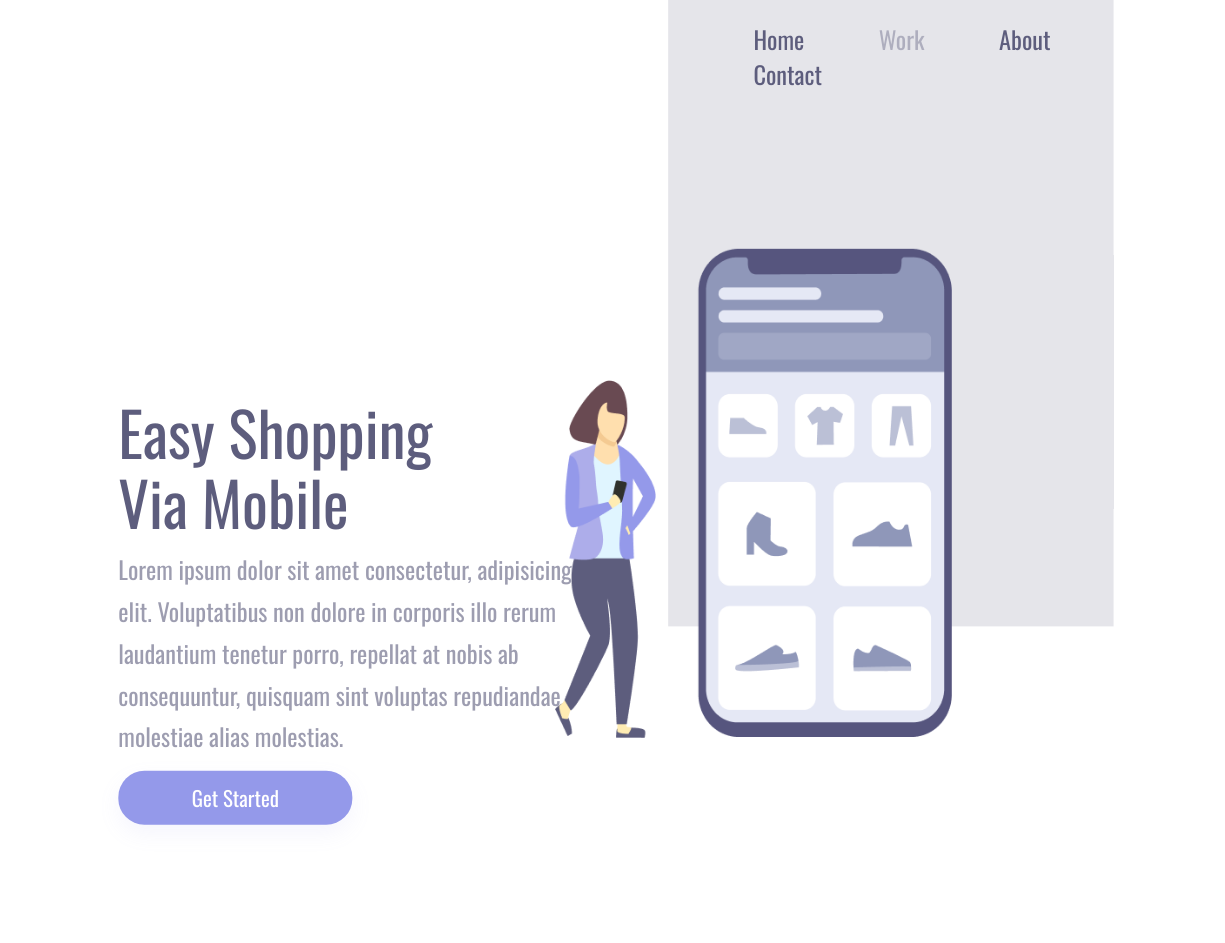
Repository: DihOliver/Projeto-Responsivo
Page: index.html
An editor plug-in stored every save of this project. The page is shown before and after the next save, followed by the edit.
The browser window is 1280 px wide. The page is 1280 px wide, then 1408 px, then 1280 px, so the pictures cover 1408 px, including what lies to the right of the window. The pictures show the whole page, at 87% of full size.
Some web fonts or font styles are not loaded; a fallback is used.

Above is the page before, as saved 2023-06-07 22:11:08.

After the next save:
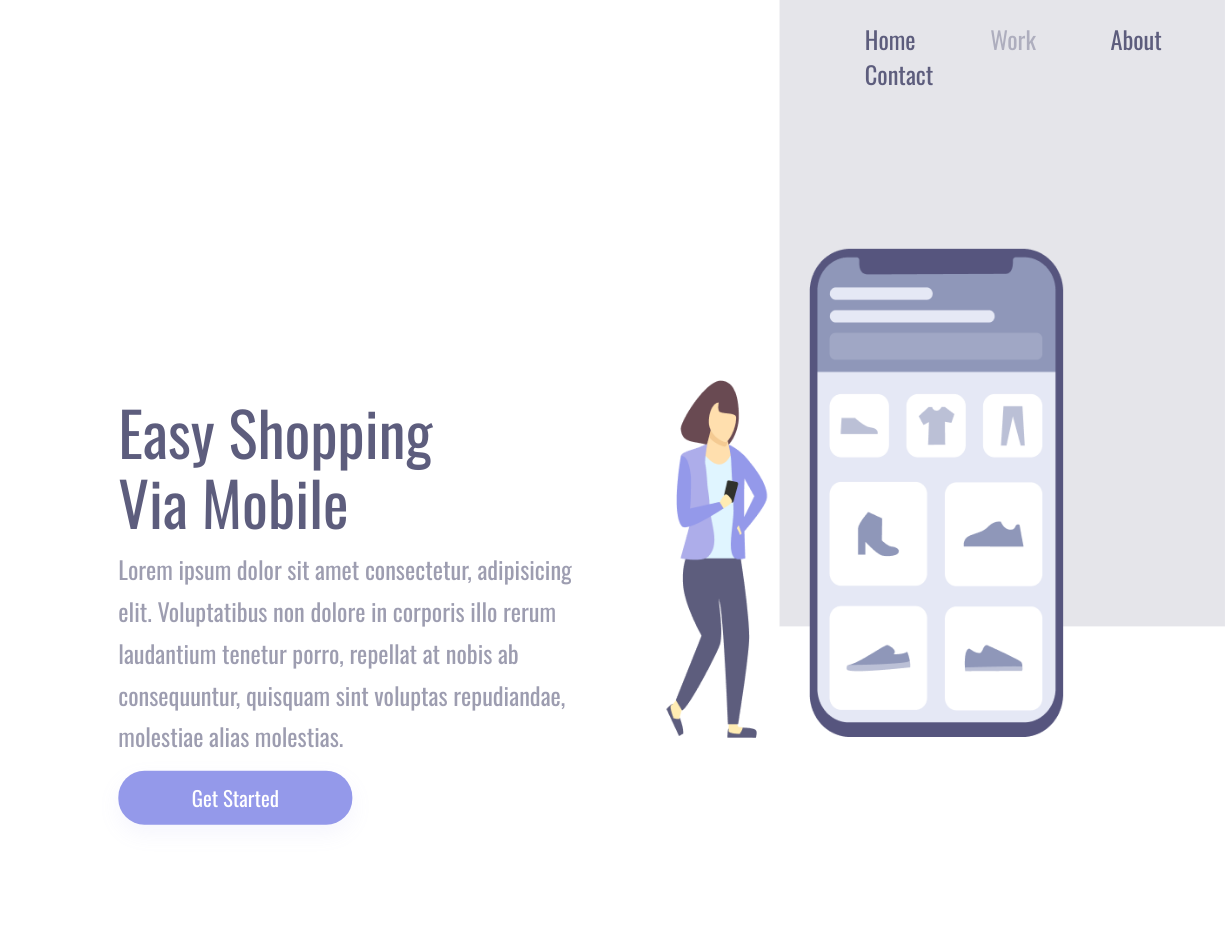
Saved 29 s later.
--- a/styles.css
+++ b/styles.css
@@ -14,7 +14,7 @@
 
 .container-left {
     display: inline-block;
-    width: 60%;
+    width: 70%;
     padding: 136px;
     margin-top: 25%;
 

After the save that followed:
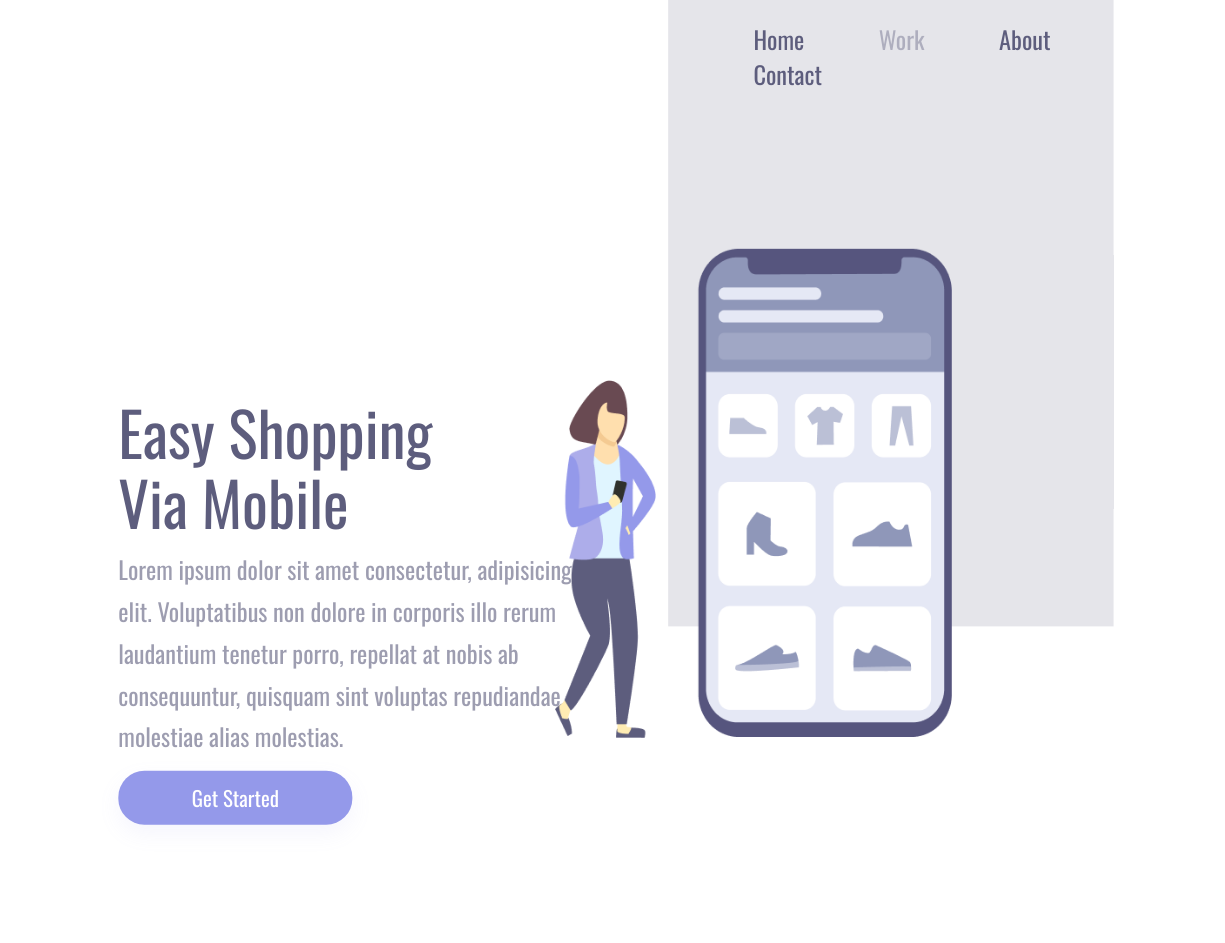
Saved 7 s later.
--- a/styles.css
+++ b/styles.css
@@ -14,7 +14,7 @@
 
 .container-left {
     display: inline-block;
-    width: 70%;
+    width: 60%;
     padding: 136px;
     margin-top: 25%;
 
